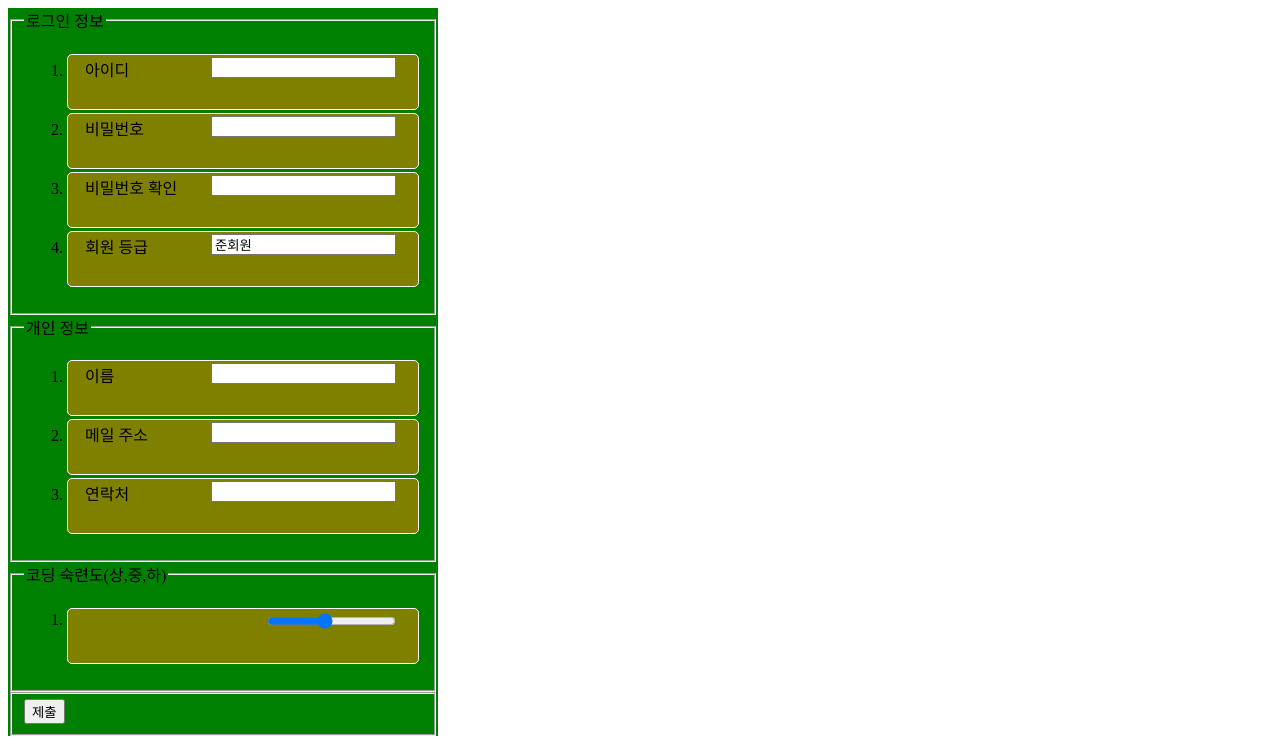
Repository: giwon8701/Qclass_KH
Page: Workspace_Java/testWebProject/test.html
These files come from the project's save history. The page is drawn as it stood at one moment and after the next save; the edit follows.
The browser window is 1280 px wide. The pictures show the whole page.

Above is the page before, as saved 2021-01-11 02:28:34.

After the next save:
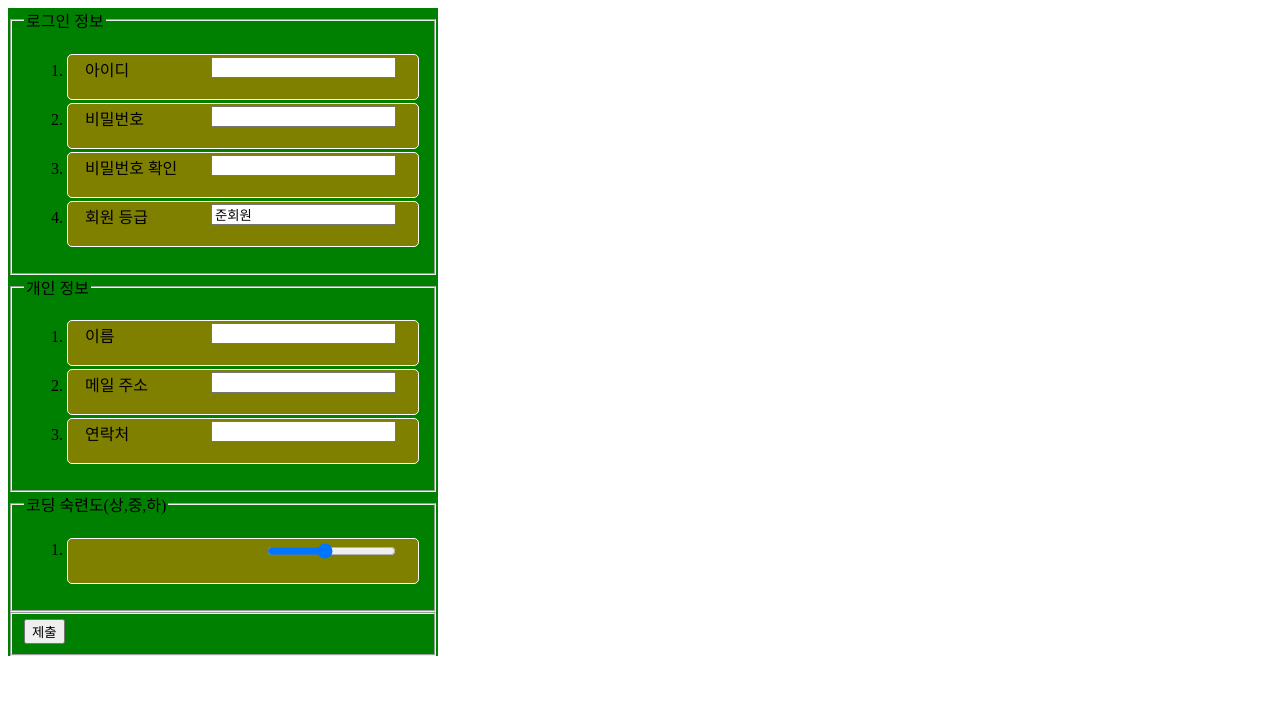
Saved 4 s later.
--- a/Workspace_Java/testWebProject/test_css.css
+++ b/Workspace_Java/testWebProject/test_css.css
@@ -7,7 +7,7 @@
 	border-width: thin;
 	border-color: white;
 	border-radius: 5px;
-	height: 50px;
+	height: 40px;
 	margin: 3px;
 	padding: 2px;
 	background: olive;
